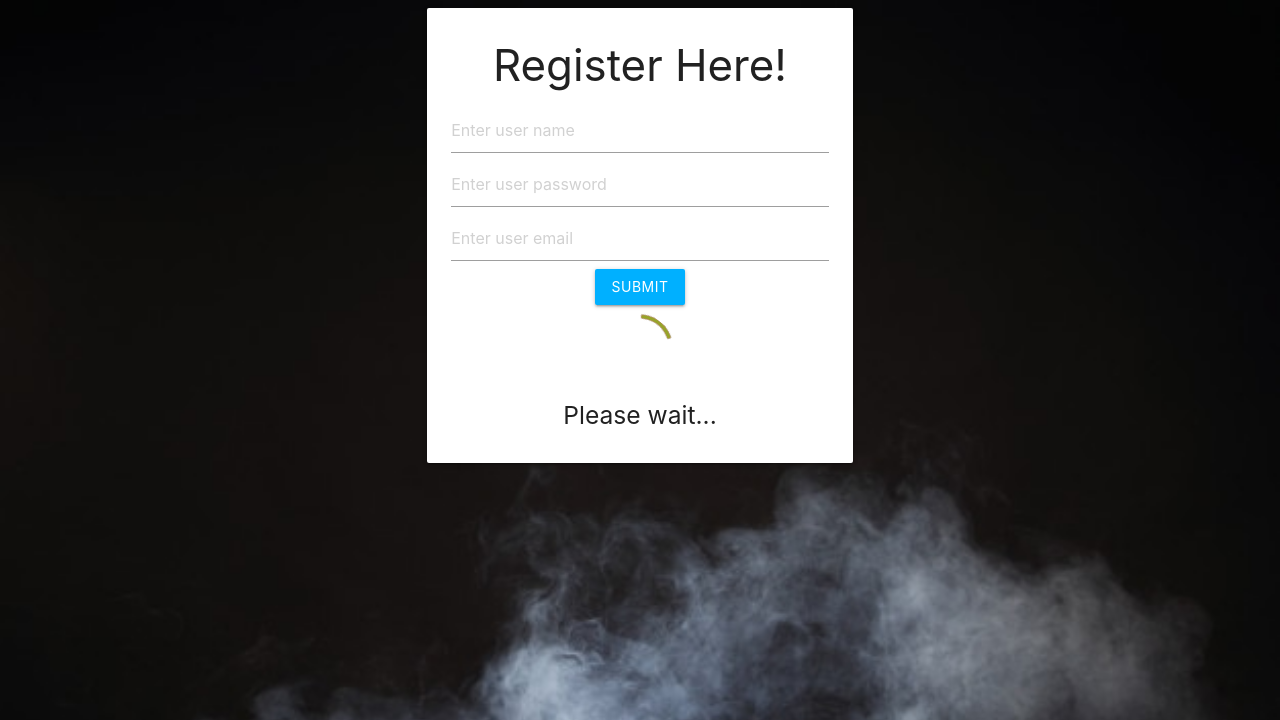
Repository: riddhiwho/Eclipse-Projects
Page: http://localhost/Register/signup.jsp
These files come from the project's save history. The page is drawn as it stood at one moment and after the next save; the edit follows.
The browser window is 1280 px wide. The pictures show the whole page.
The page is served by Tomcat 9. Other server files are loaded and not shown.

Above is the page before, as saved 2021-06-05 06:10:57.

### Register/src/main/webapp/signup.jsp
<%@ page language="java" contentType="text/html; charset=UTF-8"
    pageEncoding="UTF-8"%>
<!DOCTYPE html>
<html>
<head>
<meta charset="UTF-8">
<title>JSP Page</title>

    <!-- Compiled and minified CSS -->
    <link rel="stylesheet" href="https://cdnjs.cloudflare.com/ajax/libs/materialize/1.0.0/css/materialize.min.css">

    <!-- Compiled and minified JavaScript -->
    <script src="https://cdnjs.cloudflare.com/ajax/libs/materialize/1.0.0/js/materialize.min.js"></script>

</head>
<body style="background: url(img/bg.jpg); background-size: cover; background-attachment: fixed;">
	<div class="container">
		<div class="row">
			<div class="col m6 offset-m3">
				<div class="card">
					<div class="card-content">
						<h3 style="margin-top: 10px;" class="center-align">Register Here!</h3>

						<div class="form center-align">

							<form action="Register" method="post">
								<input type="text" name="user_name" placeholder="Enter user name" />
								<input type="password" name="user_password" placeholder="Enter user password" />
								<input type="email" name="user_email" placeholder="Enter user email" />

								<button type="submit" class="btn light-blue accent-3">Submit</button>

							</form>

						</div>

						<div class="loader center-align" style="margin-top: 10px;">


    <div class="preloader-wrapper big active">
      <div class="spinner-layer spinner-blue">
        <div class="circle-clipper left">
          <div class="circle"></div>
        </div><div class="gap-patch">
          <div class="circle"></div>
        </div><div class="circle-clipper right">
          <div class="circle"></div>
        </div>
      </div>

      <div class="spinner-layer spinner-red">
        <div class="circle-clipper left">
          <div class="circle"></div>
        </div><div class="gap-patch">
          <div class="circle"></div>
        </div><div class="circle-clipper right">
          <div class="circle"></div>
        </div>
      </div>

      <div class="spinner-layer spinner-yellow">
        <div class="circle-clipper left">
          <div class="circle"></div>
        </div><div class="gap-patch">
          <div class="circle"></div>
        </div><div class="circle-clipper right">
          <div class="circle"></div>
        </div>
      </div>

      <div class="spinner-layer spinner-green">
        <div class="circle-clipper left">
          <div class="circle"></div>
        </div><div class="gap-patch">
          <div class="circle"></div>
        </div><div class="circle-clipper right">
          <div class="circle"></div>
        </div>
      </div>
    </div>

						<h5>Please wait...</h5>

						</div>
					</div>
				</div>
			</div>
		</div>
	</div>
</body>
</html>

After the next save:
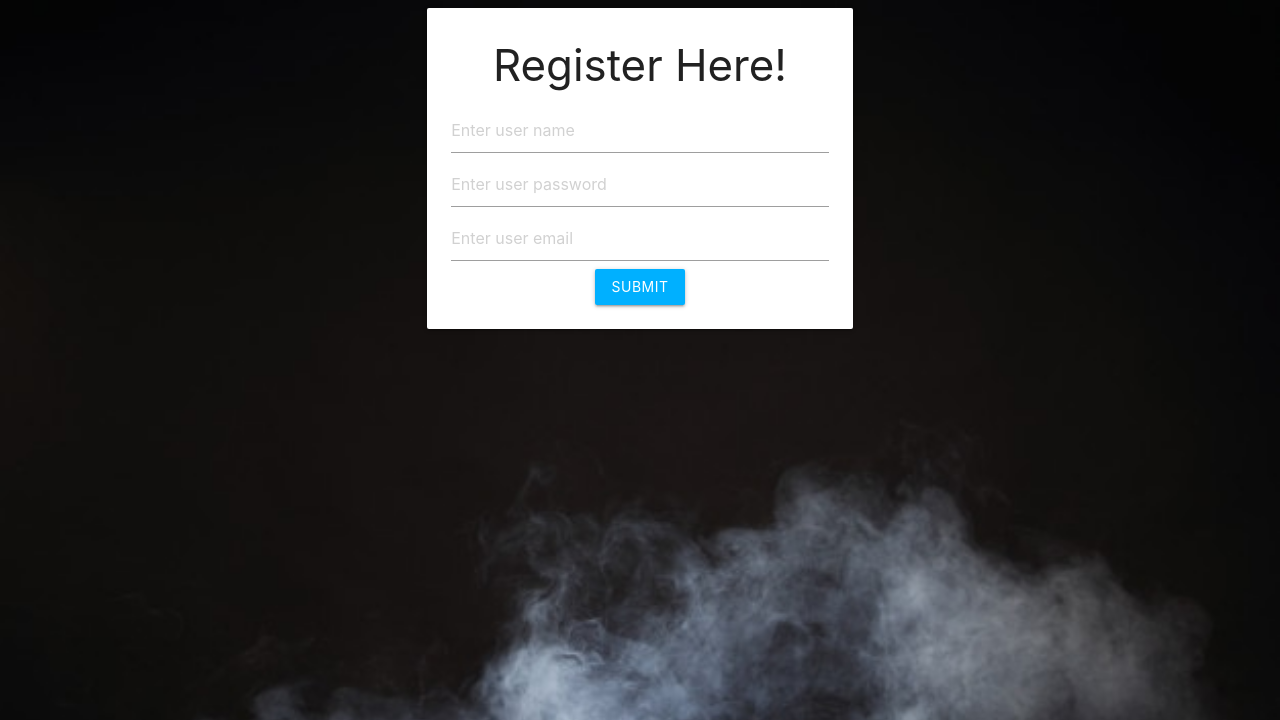
Saved 35 s later.
--- a/Register/src/main/webapp/signup.jsp
+++ b/Register/src/main/webapp/signup.jsp
@@ -34,7 +34,7 @@
 
 						</div>
 
-						<div class="loader center-align" style="margin-top: 10px;">
+						<div class="loader center-align" style="margin-top: 10px; display: none;">
 
 
     <div class="preloader-wrapper big active">
